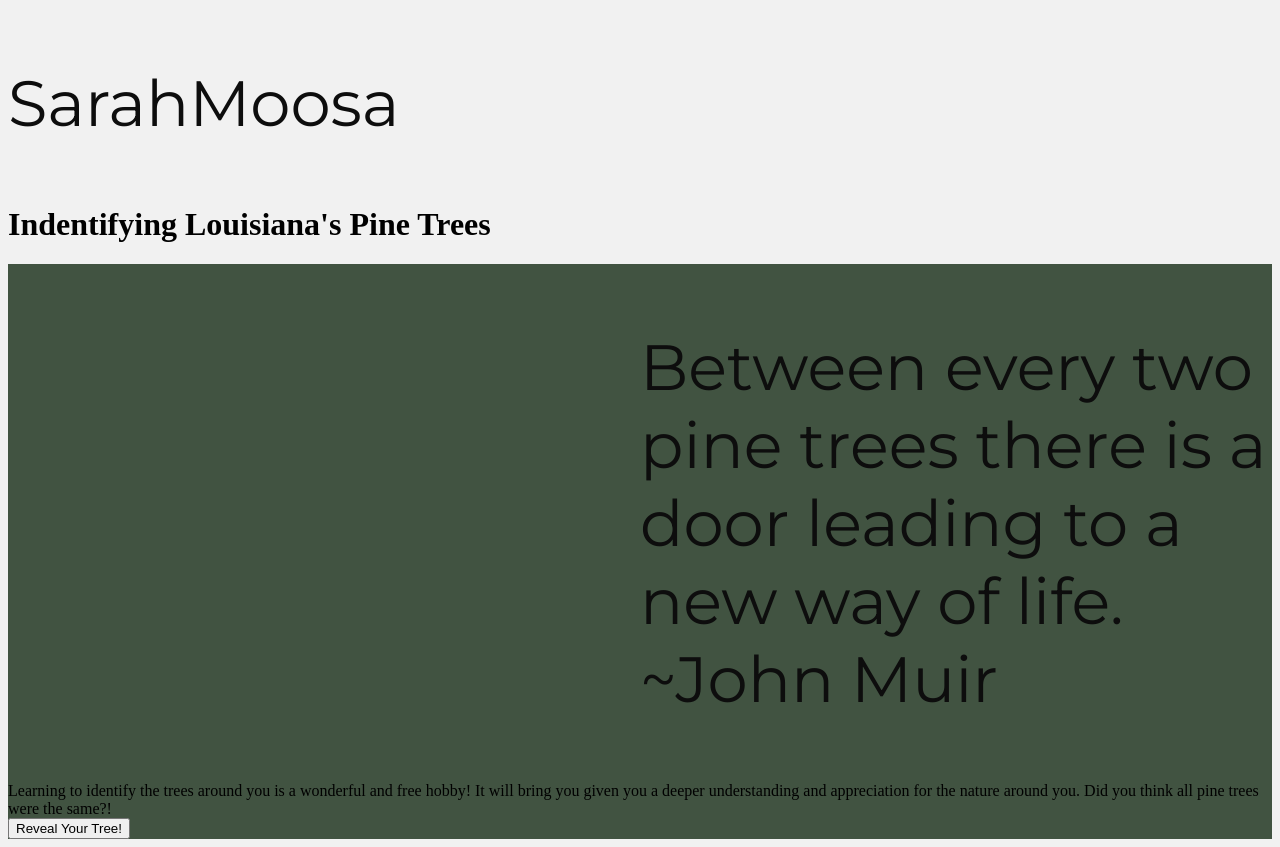
Repository: Sbethm/louisianaPineTrees
Page: pine_main.html
These files come from the project's save history. The page is drawn as it stood at one moment and after a run of saves; the edit follows.
The browser window is 1280 px wide. The pictures show the whole page.
The style sheet was rebuilt from its Sass, Less or Tailwind sources for each picture, by a compiler version that may differ from the author's.

Above is the page before, as saved 2021-09-16 11:25:55.

After the next 4 saves:
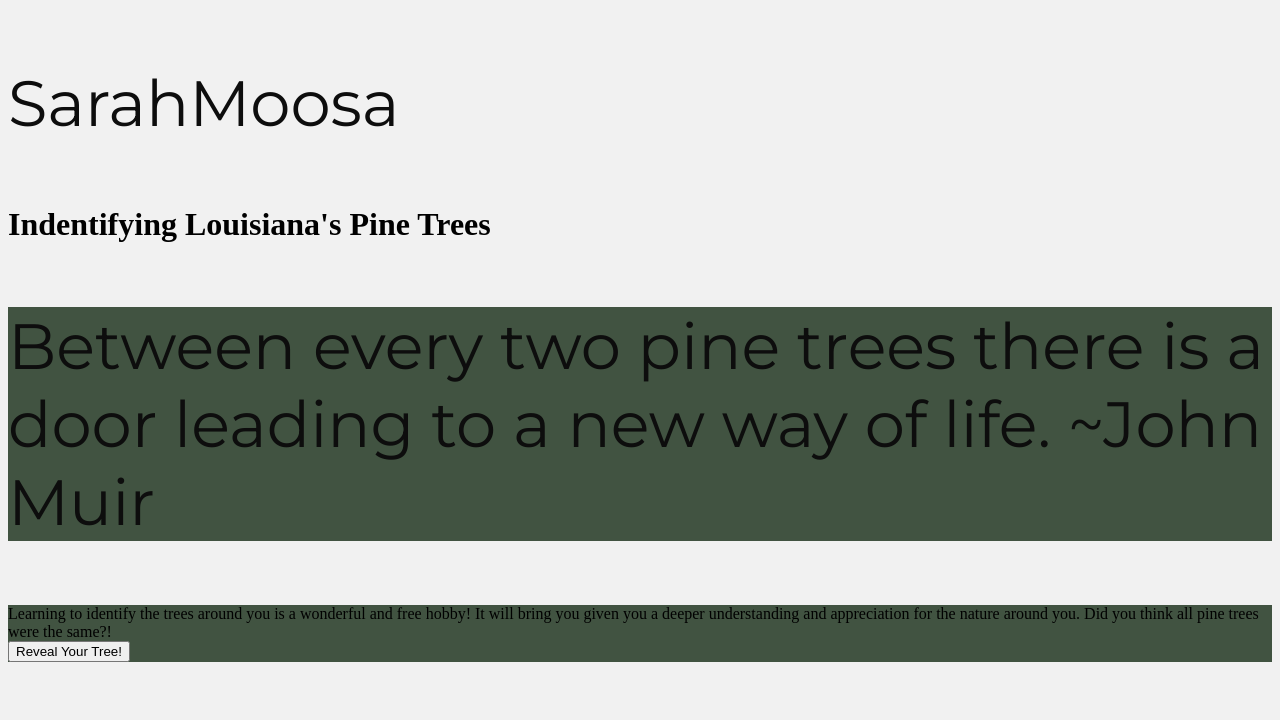
The 4 saves are shown as one change because they came seconds apart.
The last was saved 33 s later.
--- a/src/scss/main.scss
+++ b/src/scss/main.scss
@@ -20,24 +20,24 @@ p {
 .container {
     background-color: $mainColor;
 }
+//
+// .intro-container {
+//     display: grid;
+//     grid-template-columns: 50% 50%;
+//     grid-auto-rows: 100%;
 
-.intro-container {
-    display: grid;
-    grid-template-columns: 50% 50%;
-    grid-auto-rows: 100%;
+//     & img {
+//         grid-column: 1/3;
+//         grid-row: 1;
+//         display: inline;
+//         max-width: 100%;
+//         z-index: 1;
+//     }
 
-    & img {
-        grid-column: 1/3;
-        grid-row: 1;
-        display: inline;
-        max-width: 100%;
-        z-index: 1;
-    }
-
-    & .quote {
-        grid-column: 2/3;
-        grid-row: 1;
-        align-self: center;
-        z-index: 9;
-    }
-}
+//     & .quote {
+//         grid-column: 2/3;
+//         grid-row: 1;
+//         align-self: center;
+//         z-index: 9;
+//     }
+// }
